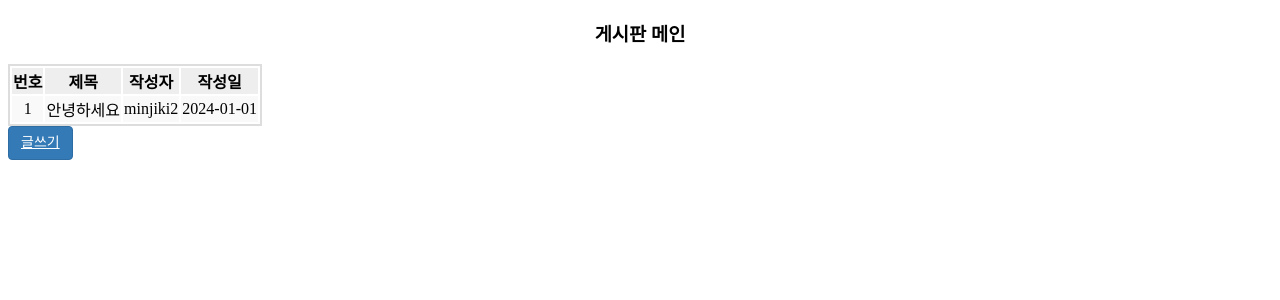
Repository: minjikimkim2222/BBS
Page: http://localhost/BBS/bbs.jsp
An editor plug-in stored every save of this project. The page is shown before and after the next save, followed by the edit.
The browser window is 1280 px wide. The pictures show the whole page.
The page is served by Tomcat 9. Other server files are loaded and not shown.

Above is the page before, as saved 2024-01-01 12:57:19.

### BBS/src/main/webapp/bbs.jsp
<%@ page language="java" contentType="text/html; charset=UTF-8"
    pageEncoding="UTF-8"%>
<!DOCTYPE html>
<html>
<head>

	<meta HTTP-EQUIV="content-type" CONTENT="text/html; CHARSET=UTF-8" charset = "UTF-8"> <!--  클라이언트 문자 인코딩 방식  -->
	<meta name="viewport" content="width=device-width, initial-scale=1.0">
	<link rel = "stylesheet" href = "css/bootstrap.css">

	<title>bbs 게시판 화면</title>
</head>
<body>

<!-- 게시판 메인 페이지 영역 시작  -->

	<div class = "container">
		<div class = "row">
			<h3 style = "text-align : center;">게시판 메인</h3>
			<table class = "table table-striped" style = "text-align : center; border : 2px solid #dddddd">
				<thead>
					<tr>
						<th style = "background-color : #eeeeee" >번호</th>
						<th style = "background-color : #eeeeee">제목</th>
						<th style = "background-color : #eeeeee">작성자</th>
						<th style = "background-color : #eeeeee">작성일</th>
					</tr>
				</thead>
				<tbody>
					<tr>
						<td>1</td>
						<td>안녕하세요</td>
						<td>minjiki2</td>
						<td>2024-01-01</td>
					</tr>
				</tbody>
			</table>

			<!-- 글쓰기 버튼 생성 -->

			<a href = "write.jsp" class = "btn btn-primary">글쓰기</a>
		</div>
	</div>
</body>
</html>

### BBS/src/main/webapp/css/bootstrap.css
@charset "UTF-8";

.form-group {
  margin-bottom: 20px;
}

.form-control {
  display: block;
  width: 100%;
  height: 40px;
  padding: 10px 15px;
  font-size: 14px;
  line-height: 1.42857143;
  color: #555;
  background-color: #fff;
  background-image: none;
  border: 1px solid #ccc;
  border-radius: 4px;
  -webkit-box-shadow: inset 0 1px 1px rgba(0, 0, 0, .075);
          box-shadow: inset 0 1px 1px rgba(0, 0, 0, .075);
  -webkit-transition: border-color ease-in-out .15s, -webkit-box-shadow ease-in-out .15s;
       -o-transition: border-color ease-in-out .15s, box-shadow ease-in-out .15s;
          transition: border-color ease-in-out .15s, box-shadow ease-in-out .15s;
  box-sizing: border-box; /* 추가된 부분 */
}

.container {
  padding-right: 15px;
  padding-left: 15px;
  margin-right: auto;
  margin-left: auto;
}

.jumbotron {
  padding-top: 30px;
  padding-bottom: 30px;
  margin-bottom: 30px;
  color: inherit;
  background-color: #eee;
  box-sizing: border-box; /* 추가된 부분 */
}

.col-lg-4 {
  width: 33.33333333%;
}


.col-lg-5 {
    width: 41.66666667%;
}

/* 게시판 기능 추가 이후 */
.row {
  margin-right: -15px;
  margin-left: -15px;
}

table {
  background-color: transparent;
}

.table-striped > tbody > tr:nth-of-type(odd) {
  background-color: #f9f9f9;
}

.btn {
  display: inline-block;
  padding: 6px 12px;
  margin-bottom: 0;
  font-size: 14px;
  font-weight: normal;
  line-height: 1.42857143;
  text-align: center;
  white-space: nowrap;
  vertical-align: middle;
  -ms-touch-action: manipulation;
      touch-action: manipulation;
  cursor: pointer;
  -webkit-user-select: none;
     -moz-user-select: none;
      -ms-user-select: none;
          user-select: none;
  background-image: none;
  border: 1px solid transparent;
  border-radius: 4px;
}

.btn-primary {
  color: #fff;
  background-color: #337ab7;
  border-color: #2e6da4;
}

.pull-right {
  float: right !important;
}

After the next save:
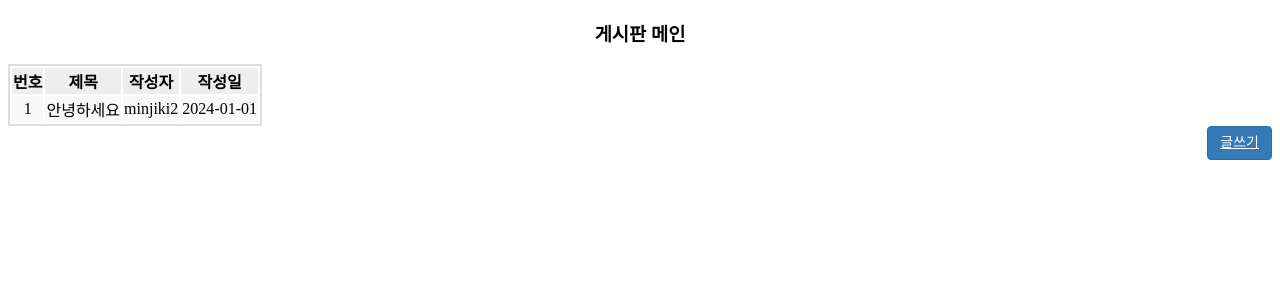
Saved 18 s later.
--- a/BBS/src/main/webapp/bbs.jsp
+++ b/BBS/src/main/webapp/bbs.jsp
@@ -38,7 +38,7 @@
 
 			<!-- 글쓰기 버튼 생성 -->
 
-			<a href = "write.jsp" class = "btn btn-primary">글쓰기</a>
+			<a href = "write.jsp" class = "btn btn-primary pull-right">글쓰기</a>
 		</div>
 	</div>
 </body>
